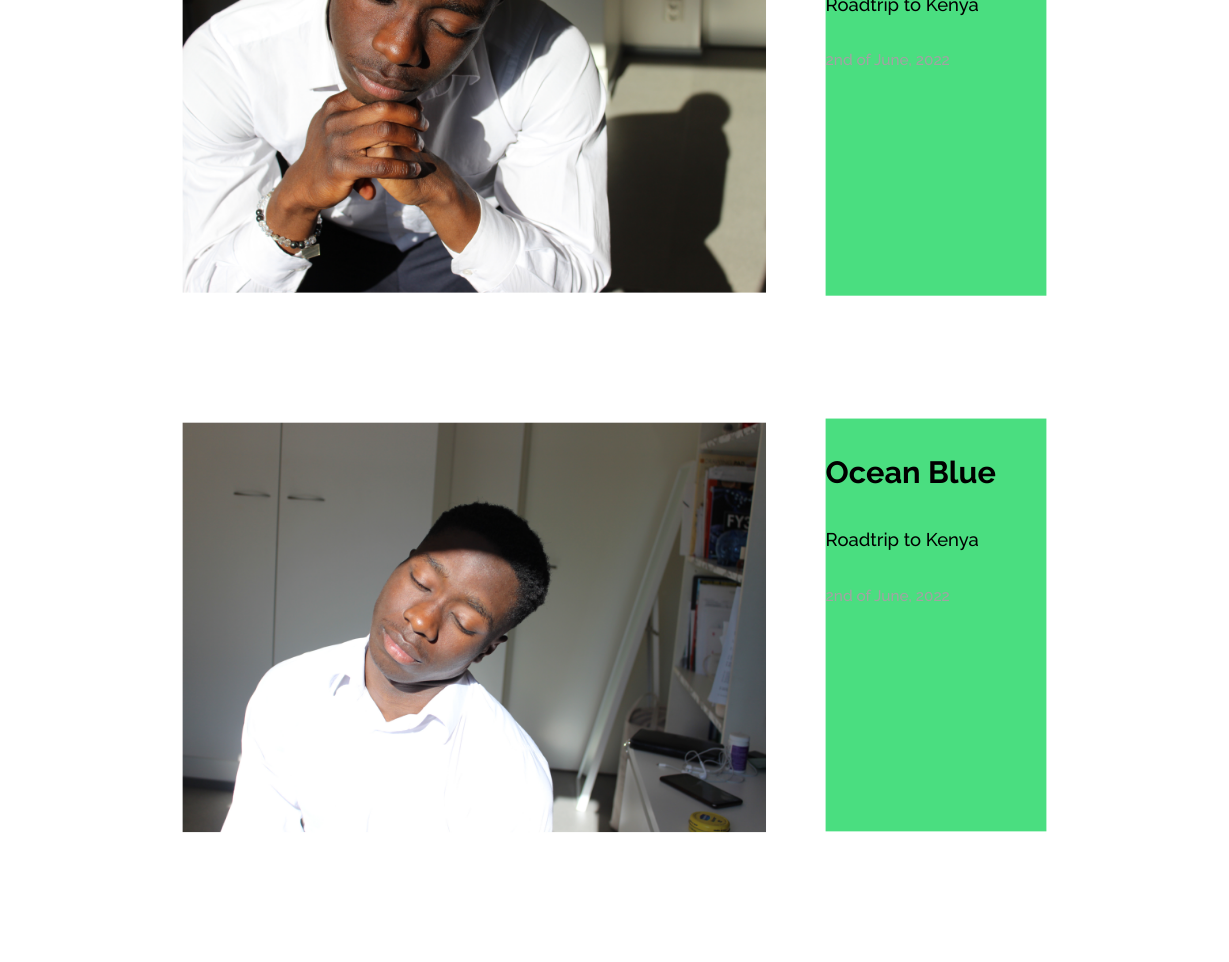
Repository: Graquick/Blog
Page: /photos
An editor plug-in stored every save of this project. The page is shown before and after a run of saves, followed by the edit.
The browser window is 1280 px wide. The pictures show the whole page, at 96% of full size.
The project was rebuilt for these pictures with package versions that can differ from the ones it lists, and the page was loaded fresh each time. The framework's server and built-in components were replaced by stand-ins that run in the browser. Also part of the build but not shown: next.config.js, components/Footer.js.

Above is the page before, as saved 2022-07-07 14:29:20.

### pages/_app.js
import React, { useState, useEffect, useRef, useCallback } from 'react';
import { AnimatePresence } from 'framer-motion'
import { ThemeProvider } from 'next-themes'
import { useRouter } from 'next/router'
import '../styles/globals.css'

function MyApp({ Component, pageProps }) {
  const timeoutRef = useRef();

  const clearTimer = useCallback(
    () => clearTimeout(timeoutRef.current),
    []
  );

  // useEffect(() => {
  //   if (timeoutRef.current) clearTimer();

  //   timeoutRef.current = setTimeout(() => {
  //     window.scrollTo(0, 0);
  //   }, 10);

  //   return () => {
  //     clearTimer();
  //   };
  // }, [clearTimer]);

  useEffect(() => {
    window.history.scrollRestoration = 'manual'
  }, []);


  return (
    <AnimatePresence>
      <ThemeProvider attribute="class">
        <Component {...pageProps} />
      </ThemeProvider>
    </AnimatePresence>
  )
}

export default MyApp

### pages/_document.js
import { Html, Head, Main, NextScript } from 'next/document'

export default function Document() {
  return (
    <Html>
      <Head />
      <body style={{ fontFamily: "Raleway, Roboto", scrollBehavior: "smooth" }}>
        <Main />
        <NextScript />
      </body>
    </Html>
  )
}

### pages/photos.js
import React, { useState, useEffect, useRef } from 'react';
import Head from 'next/head';
import Image from 'next/image';
import Link from 'next/link';
import { useRouter } from 'next/router';
import { motion, AnimatePresence } from 'framer-motion';
import { Icon } from '@iconify/react';

import profile from '../public/profile.png'
import photo1 from '../public/photo-1.png'
import photo2 from '../public/photo-2.png'

import Footer from "../components/Footer";
import Header from "../components/Header";

const photos = [
    { id: 1, src: photo1 },
    { id: 2, src: photo2 }
]

const desc = [
    { id: 1, title: 'Savannah', info: "Roadtrip to Kenya", date: "2nd of June, 2022", text: "This blog site is built with Next.js and designed by Figma. This website includes photos and posts related to my work." },
    { id: 2, title: 'Ocean Blue', info: "Roadtrip to Kenya", date: "2nd of June, 2022", text: "This blog site is built with Next.js and designed by Figma. This website includes photos and posts related to my work."}
]

const layInfo = {
    fixed: "absolute bottom-[4rem] right-0 m-auto flex flex w-[230px] justify-between"
}

export default function Photos() {
  return (
    <>
      <motion.main className="min-h-screen">
          <div className="absolute top-0 bottom-0 left-0 right-0 m-auto w-fit h-fit">
            <Header />
            <div className="w-[900px] h-fit flex justify-between">
              <div>
                {photos.map((img, i) => (
                  <div key={i} className="mb-32">
                    <Image src={img.src}
                      alt="Img"
                      width={608}
                      height={427}
                      blurDataURL={profile}
                      placeholder="blur"
                      priority
                    />
                  </div>
                ))}
              </div>

              <div>
                {desc.map((desc, i) => (
                  <div key={i} className="w-[230px] h-[430px] bg-green-400 flex flex-col gap-8 mb-32">
                    <div>

                    </div>
                    <h1 className="text-[2rem] font-bold w-fit">{desc.title}</h1>
                    <p className="font-medium text-[1.2rem] cursor-default">{desc.info}</p>
                    <span className="font-medium cursor-default text-neutral-400">{desc.date}</span>
                  </div>
                ))}
              </div>

              {/* <div className="w-[230px] h-full flex flex-col justify-between">
                <h1 className="text-[2.25rem] font-bold leading-10">Brima Freeman</h1>
                <div className="h-[215px] flex flex-col justify-between">
                  <p className="text-[.9rem]">Hey, I&apos;m a Frontend Developer based in Finland. I enjoy working with Next.js and crafting beautiful front-end experiences.
                  </p>
                  <p className="text-[.9rem]">
                  This blog site is built with Next.js and designed by Figma. This website includes photos and posts related to my work.
                  </p>
                </div>
                <Footer />
              </div> */}
            </div>
        </div>
      </motion.main>
    </>
  )
}

### styles/globals.css
@import url('https://fonts.googleapis.com/css2?family=Press+Start+2P&family=Raleway:wght@300;400;500;600;700&family=Roboto:wght@300;400;500;700&display=swap');
@tailwind base;
@tailwind components;
@tailwind utilities;

* {
  box-sizing: border-box;
}

html,
body {
  padding: 0;
  margin: 0;
}

### components/Header.js
import React, { useState, useEffect, useRef } from 'react';
import Head from 'next/head';
import Image from 'next/image';
import Link from 'next/link';
import { useRouter } from 'next/router';
import { motion, AnimatePresence } from 'framer-motion';
import { Icon } from '@iconify/react';

const Logo = () => {
    return (
        <div className="w-fit flex justify-center gap-2 cursor-pointer transition-all duration-150 ease-in-out group">
            <div className="text-[1.5rem] font-bold uppercase bg-black text-white w-16 h-16 flex items-end justify-end py-0 px-1 ease-in-out dark:bg-zinc-500 dark:text-zinc-400">bf</div><div className="text-[1.5rem] flex items-end justify-end font-bold uppercase text-black ease-in-out dark:text-zinc-500">
                blog
            </div>
        </div>
    )
}

const links = [
    { id: 1, title: 'About', href: '/'},
    { id: 2, title: 'Photos', href: '/photos'},
    { id: 3, title: 'Posts', href: '/posts'}
]

function Header() {
    const router = useRouter();
  return (
    <>
        <main className="left-0 m-auto right-0 py-8 w-full mb-8 h-[8rem] flex justify-between items-center">
            <div >
                <Logo />
            </div>

            <nav className="h-fit">
                <ul className="flex w-[230px] justify-between">
                    {links.map((links, i) => (
                        <div key={i}>
                            <li className={router.pathname === links.href ? "underline-offset-4 underline" : ""}>
                                <Link href={links.href}>
                                    {links.title}
                                </Link>
                            </li>
                        </div>
                    ))}
                </ul>
            </nav>
        </main>
    </>
  )
}

export default Header

### tailwind.config.js
module.exports = {
  content: [
    "./pages/**/*.{js,ts,jsx,tsx}",
    "./components/**/*.{js,ts,jsx,tsx}",
  ],
  darkMode: "class", // "false" or "media"
  theme: {
    extend: {

    },
    screens: {
      '2xl': {'max': '1440px'},
      // => @media (max-width: 1440px) { ... }

      'xl': {'max': '1024px'},
      // => @media (max-width: 1024px) { ... }

      'lg': {'max': '768px'},
      // => @media (max-width: 768px) { ... }

      'md': {'max': '425px'},
      // => @media (max-width: 425px) { ... }

      'sm': {'max': '375px'},
      // => @media (max-width: 375px) { ... }

      'xs': {'max': '320px'},
      // => @media (max-width: 320px) { ... }
    },
    fontFamily: {
      'raleway': "Raleway, sans-serif",
      'roboto': "Roboto, sans-serif",
      'play': "Press\\ Start\\ 2P, cursive"
    }
  },
  plugins: [require('@tailwindcss/forms')],
}

After the next 4 saves:
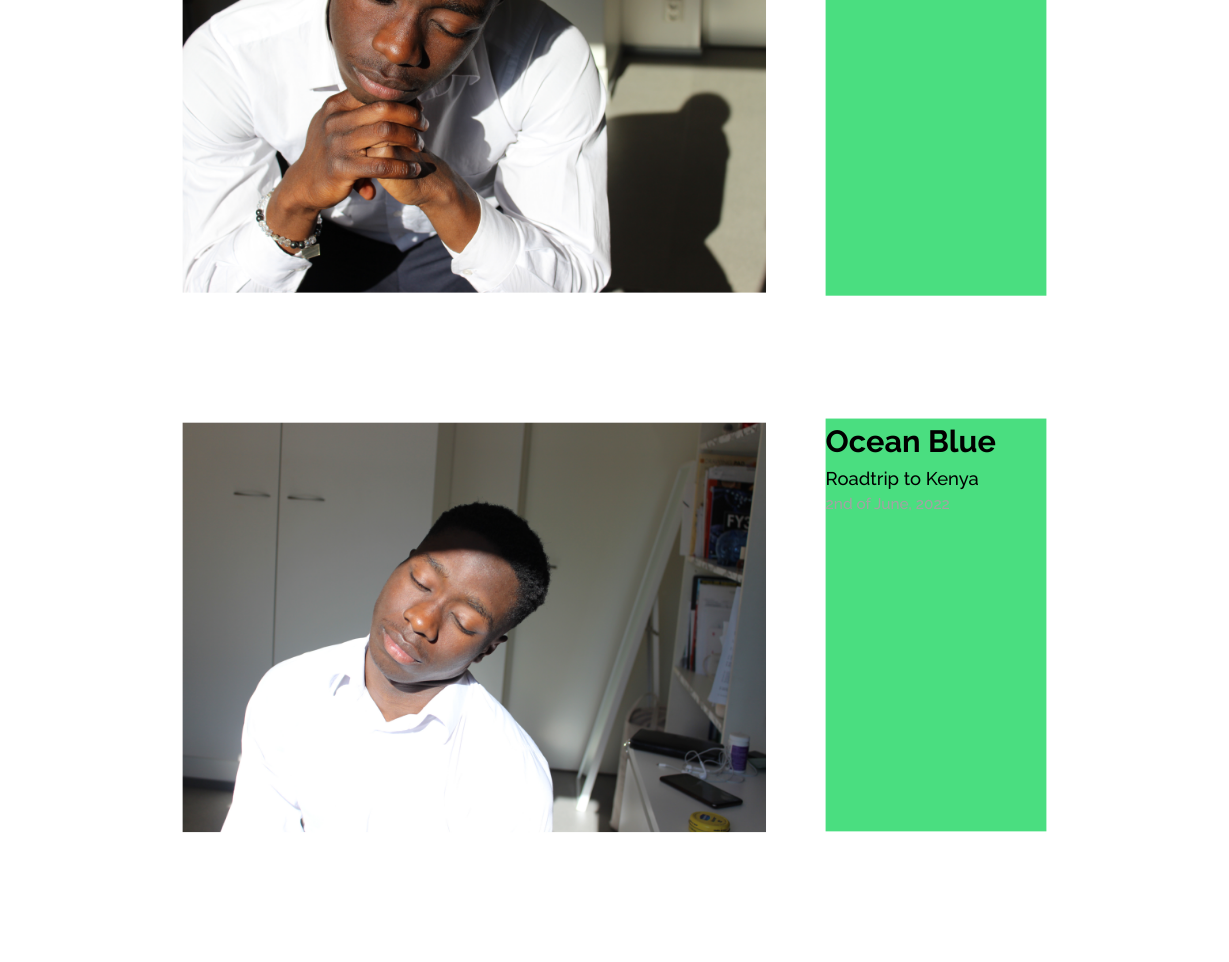
The 4 saves are shown as one change because they came seconds apart.
The last was saved 12 s later.
--- a/pages/photos.js
+++ b/pages/photos.js
@@ -53,11 +53,11 @@ export default function Photos() {
                 {desc.map((desc, i) => (
                   <div key={i} className="w-[230px] h-[430px] bg-green-400 flex flex-col gap-8 mb-32">
                     <div>
-
+                      <h1 className="text-[2rem] font-bold w-fit">{desc.title}</h1>
+                      <p className="font-medium text-[1.2rem] cursor-default">{desc.info}</p>
+                      <span className="font-medium cursor-default text-neutral-400">{desc.date}</span>
                     </div>
-                    <h1 className="text-[2rem] font-bold w-fit">{desc.title}</h1>
-                    <p className="font-medium text-[1.2rem] cursor-default">{desc.info}</p>
-                    <span className="font-medium cursor-default text-neutral-400">{desc.date}</span>
+                    <p></p>
                   </div>
                 ))}
               </div>
